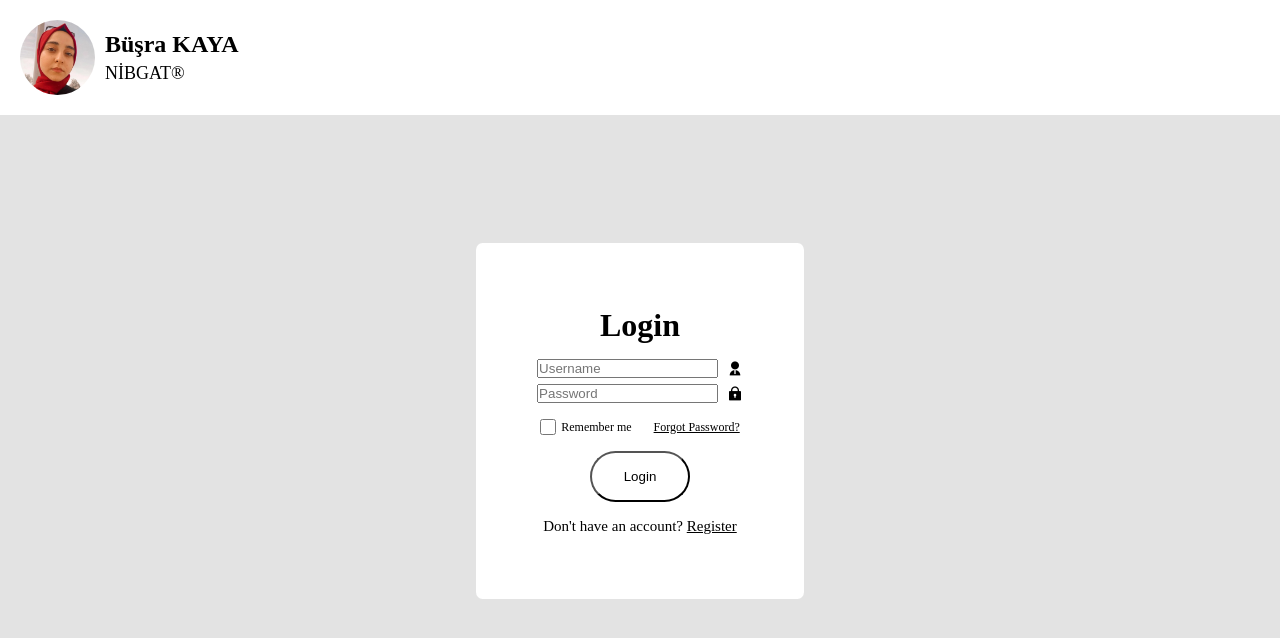
Repository: busra-kayaa/LoginPage
Page: login.html
The author's editor kept a copy of each file at every save. The page is drawn from the files as they stood at one save, then again after the next save.
The browser window is 1280 px wide. The pictures show the whole page.

Above is the page before, as saved 2024-01-05 09:53:42.

### login.html
<!DOCTYPE html>
<html>
    <head>
        <title>Login Page</title>
        <link rel="stylesheet" href="./style.css" type="text/css"/>
        <link rel="stylesheet" href="https://cdnjs.cloudflare.com/ajax/libs/remixicon/3.5.0/remixicon.css" crossorigin="">

    </head>
    <body>
        <div class="header-container">
            <div
                class="header-left-side-container"
            >
                <img
                    src="./busra.jpg"
                    height="75px"
                    width="75px"
                    class="logo"
                />
                <div class="header-desc-container">
                    <span class="header-title">
                        Büşra KAYA
                    </span>
                    <span class="header-content">
                        NİBGAT®
                    </span>
                </div>
            </div>
        </div>
        <div class="login-from-container">
          <div class ="login-text"><h1>Login</h1></div>
            <div class="input-group1">
                <input
                    type="text"
                    placeholder="Username"
                    class="input-text"
                    autocomplete="off"
                />
                <i class="ri-user-2-fill"></i>
            </div>
            <div class="input-group2">
                <input
                    type="password"
                    placeholder="Password"
                    class="input-text"
                    autocomplete="off"
                />
                <i class="ri-lock-2-fill"></i>
            </div>
            <div class="login__check">
                <div class="login__check-box">
                   <input type="checkbox" class="login__check-input" id="user-check">
                   <label for="user-check" class="login__check-label">Remember me</label>
                </div>

                <a href="#" target="_blank" class="login__forgot">Forgot Password?</a>
             </div>

             <button type="submit" class="login__button">Login</button>

             <div class="login__register">
                Don't have an account? <a href="#"  target="_blank">Register</a>
             </div>
        </div>
    </body>
</html>

### style.css

* {
    padding: 0;
    margin: 0;
}

body {
    background-color: #e3e3e3;
}

.header-container {
    justify-content: space-between;
    background-color: #ffffff;
    flex-direction: row;
    align-items: center;
    padding: 20px;
    display: flex;
    margin-bottom: 10%;
}
.header-left-side-container {
    flex-direction: row;
    align-items: center;
    display: flex;
}

.logo {
    border-radius: 50%;
    margin-right: 10px;
}

.header-desc-container {
    display: flex;
    flex-direction: column;
}

.header-title {
    display: flex;
    flex-direction:column;
    font-weight: bold;
    font-size: 24px;
    margin-bottom: 5px;
}

.header-content {
    font-weight:normal;
    font-size: 18px;
    color:rgb(0, 0, 0);
}

.login-from-container {
    background-color: #ffffff;
    display: flex;
    border-radius: 2%;
    flex-direction: column;
    align-items: center;
    text-align: center;
    margin: auto;
    width: 200px;
    padding: 5%;
}

.login-text {
    padding-bottom: 15px;
}

.input-group1 {
    display: grid;
    grid-template-columns: 1fr max-content;
    column-gap: .55rem;
    align-items: center;
    margin-bottom: 3%;
}

.input-group1 i {
    font-size: 16px;
  }

.input-group2 {
    display: grid;
    grid-template-columns: 1fr max-content;
    column-gap: .55rem;
    align-items: center;

}
.input-group2 i {
    font-size: 16px;
  }

  .login__check,
  .login__check-box {
    display: flex;
    justify-content: space-between;
    align-items: center;
  }

  .login__check {
    font-size: 12px;
    margin-top: 1rem;
    margin-bottom: 1rem;
    gap: 22px;
  }

  .login__check-box {
    column-gap: 5px;
  }

  .login__check-input {
    width: 1rem;
    height: 1rem;
  }

  .login__forgot {
    color: black;
  }

  .login__forgot:hover {
    text-decoration: underline;
  }

  .login__button {
    width: 50%;
    padding: 1rem;
    margin-bottom: 1rem;
    background-color: var(--white-color);
    border-radius: 4rem;
    color: var(--black-color);
    font-weight: 500;
    cursor: pointer;
  }

  .login__register {
    font-size: 15px;
    text-align: center;
  }

  .login__register a {
    color: var(--white-color);
    font-weight: 500;
  }

  .login__register a:hover {
    text-decoration: underline;
  }

After the next save:
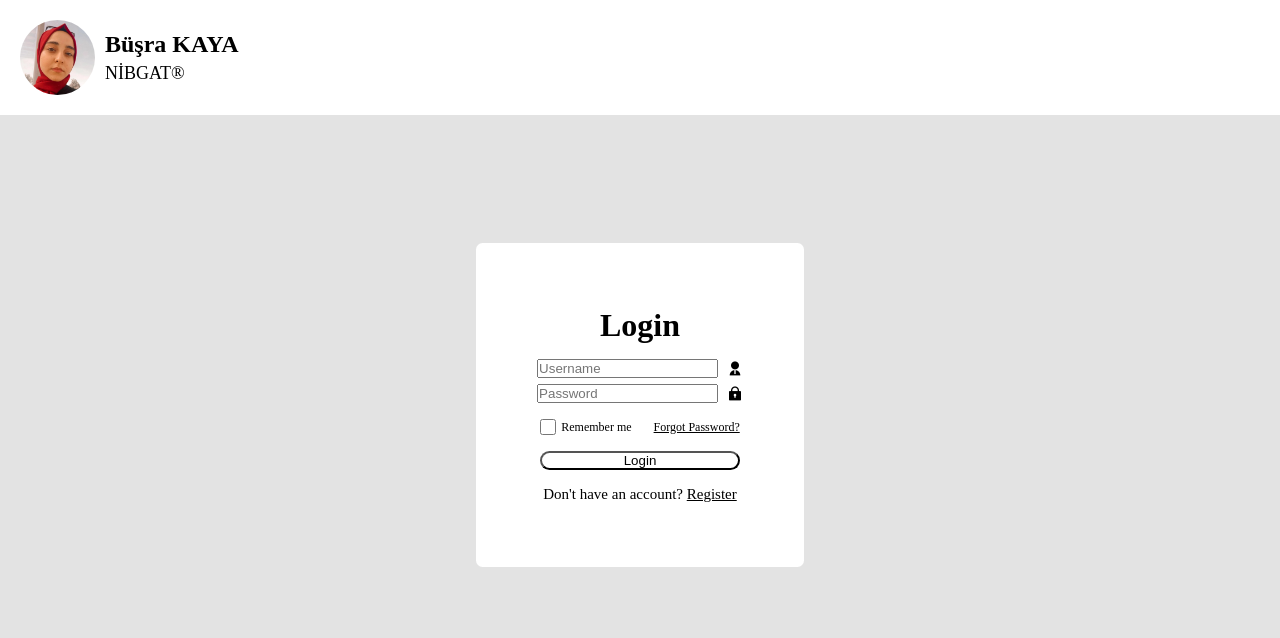
Saved 4 s later.
--- a/style.css
+++ b/style.css
@@ -118,8 +118,7 @@ body {
   }
 
   .login__button {
-    width: 50%;
-    padding: 1rem;
+    width: 100%;
     margin-bottom: 1rem;
     background-color: var(--white-color);
     border-radius: 4rem;
